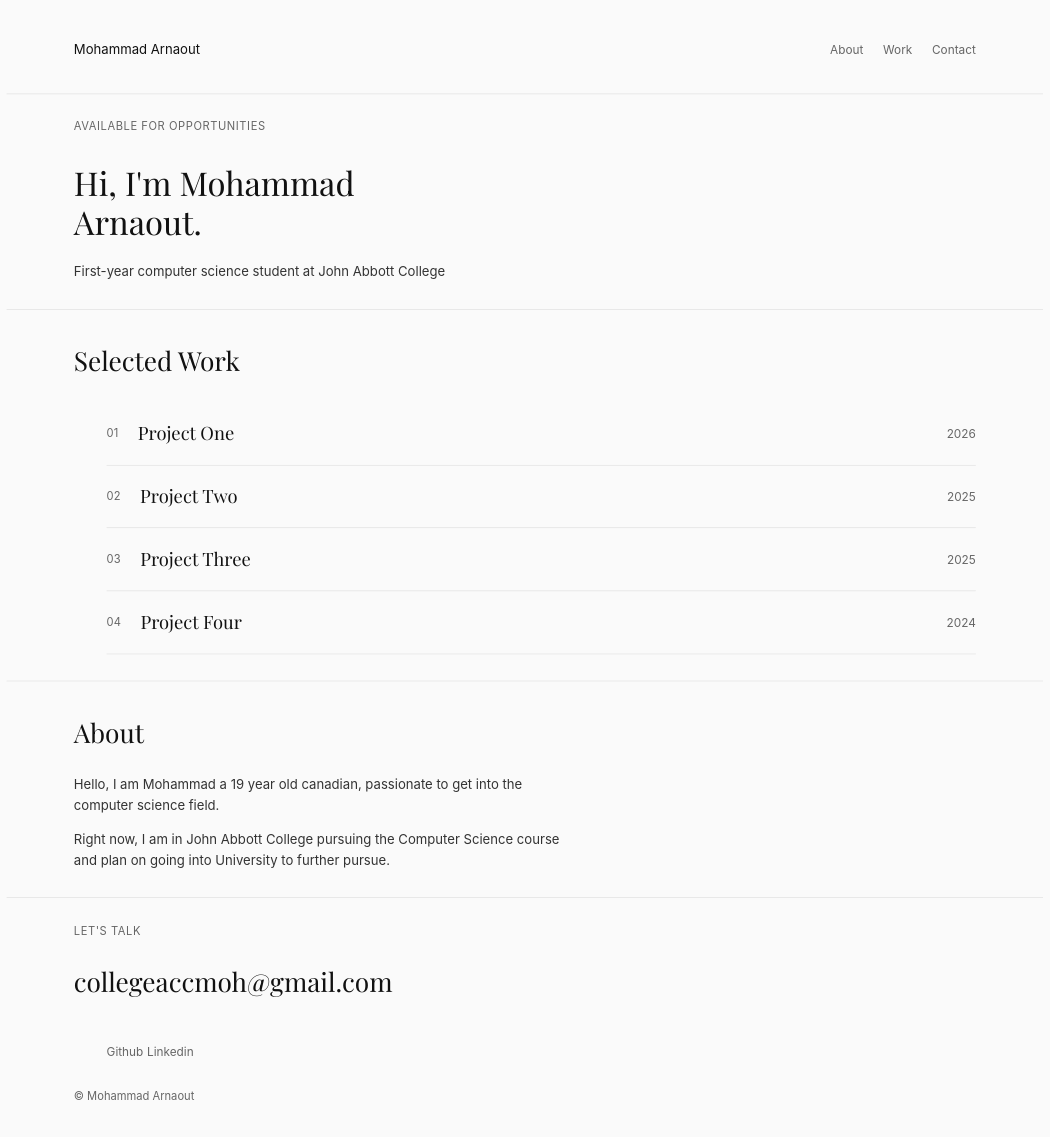
Repository: Moh-Arna/Moh-Arna
Page: index.html
The author's editor kept a copy of each file at every save. The page is drawn from the files as they stood at one save, then again after the next save.
The browser window is 1280 px wide. The pictures show the whole page, at 82% of full size.
Some web fonts or font styles are not loaded; a fallback is used.

Above is the page before, as saved 2026-04-22 10:49:36.

After the next save:
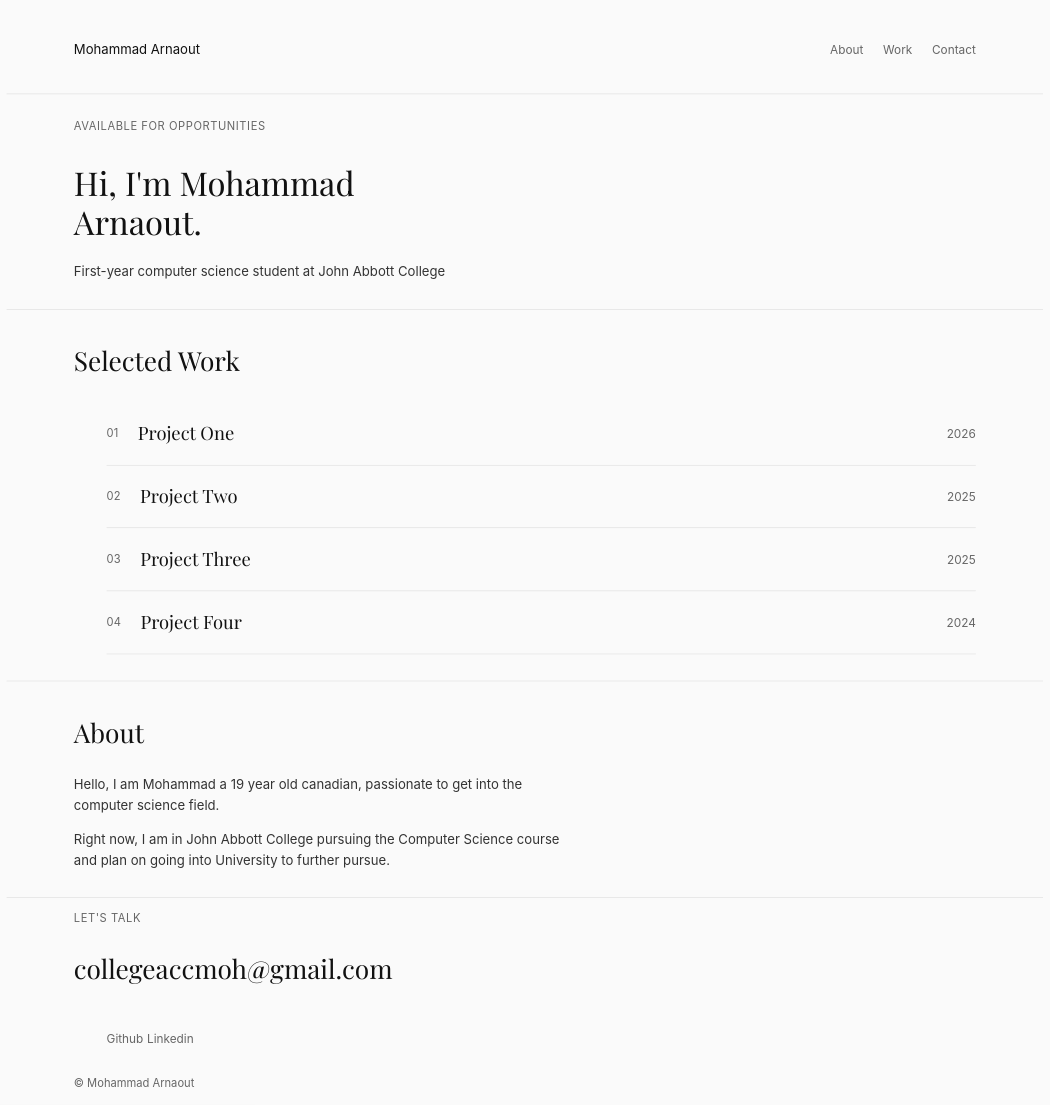
Saved 5 s later.
--- a/styles/index.css
+++ b/styles/index.css
@@ -101,7 +101,7 @@
 }
 
 .footer{
-    padding: 1rem 0;
+    padding: 1rem 0 2;
     border-top: 1px solid var(--border);
 }
 
